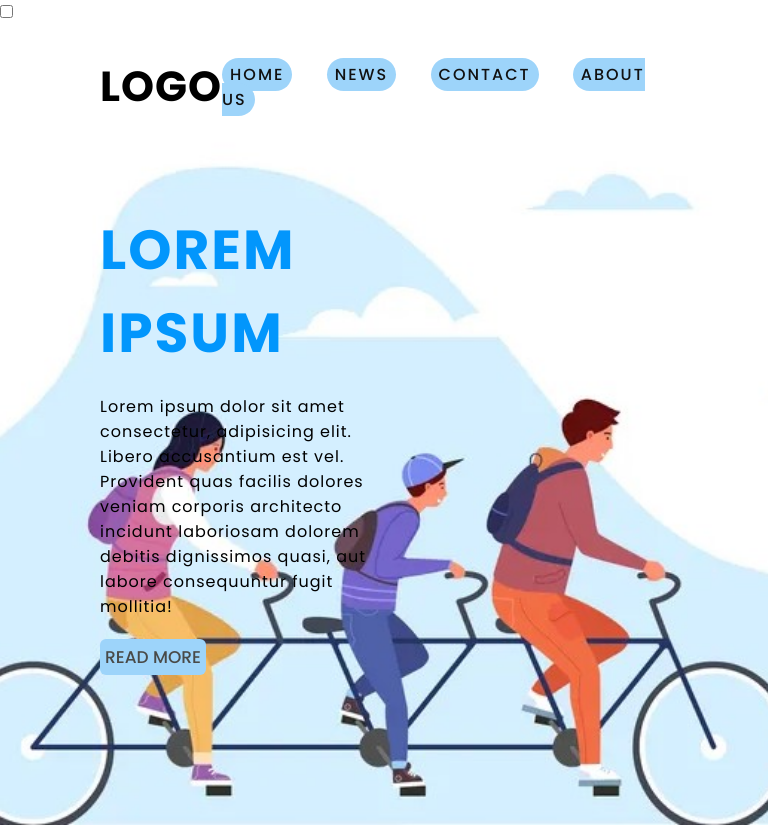
Repository: nganha241/1806
Page: index.html
The author's editor kept a copy of each file at every save. The page is drawn from the files as they stood at one save, then again after the next save.
The browser window is 768 px wide. The pictures show the whole page.
Some web libraries are served in a nearby version.

Above is the page before, as saved 2022-06-18 16:18:31.

### index.html
<!DOCTYPE html>
<html lang="en">
  <head>
    <meta charset="UTF-8" />
    <meta http-equiv="X-UA-Compatible" content="IE=edge" />
    <meta name="viewport" content="width=device-width, initial-scale=1.0" />
    <title>Document</title>
    <link rel="stylesheet" href="style.css" />
    <script
      src="https://kit.fontawesome.com/ae971d7ee0.js"
      crossorigin="anonymous"
    ></script>
  </head>
  <body>
    <input type="checkbox" id="check" />
    <section>
      <header>
        <div class="logo">
          <h2>Logo</h2>
        </div>

        <div class="navigation">
          <a href="#">Home</a>
          <a href="#">News</a>
          <a href="#">Contact</a>
          <a href="#">About us</a>
        </div>
        <label for="check">
          <i class="fas fa-bars menu-btn"></i>
          <i class="fa fa-times close-btn"></i>
        </label>
      </header>
      <div class="content">
        <h1 class="title">LOREM IPSUM</h1>
        <p class="text">
          Lorem ipsum dolor sit amet consectetur, adipisicing elit. Libero
          accusantium est vel. Provident quas facilis dolores veniam corporis
          architecto incidunt laboriosam dolorem debitis dignissimos quasi, aut
          labore consequuntur fugit mollitia!
        </p>
        <button class="btn-more">READ MORE</button>
      </div>
    </section>
  </body>
</html>

### style.css
@import url('https://fonts.googleapis.com/css2?family=Poppins:wght@300;400;500;600;700;800;900&display=swap');

* {
    box-sizing: border-box;
    padding: 0;
    margin: 0;
    font-family: 'Poppins', sans-serif;
}

a {
    text-decoration: none;
}

section {
    width: 100%;
    min-height: 100vh;
    display: flex;
    flex-direction: column;
    justify-content: flex-start;
    background: url('./bg.jpg');
    background-size: cover;
    background-position: center;
}

section header {
    position: relative;
    top: 0;
    width: 100%;
    padding: 30px 100px;
    display: flex;
    justify-content: space-between;
    align-items: center;
}

.logo {
    position: relative;
    font-size: 28px;
    letter-spacing: 1px;
    cursor: pointer;
    text-transform: uppercase;
}

.navigation a{
   letter-spacing: 2px;
   background: none;
   padding: 5px 8px;
   text-transform: uppercase;
   font-weight: 500;
   border-radius: 20px;
   color: #111;
   transition: 0.4s;
    transition-property: background;
}

.navigation a:not(:last-child) {
    margin-right: 30px;
}

.navigation a:hover {
    color: #fff;
    background: rgb(102, 167, 252);
    transition: 0.4s;
}

.content {
    margin: 60px 100px;
    width: 40%;
}

.title {
    margin-bottom: 20px;
    text-transform: uppercase;
    font-weight: 700;
    font-size: 55px;
    color: #0296FC;
    letter-spacing: 2px;
}

.text {
    margin-bottom: 20px;
    letter-spacing: 1px;
}

.btn-more {
    background: #9DD4FA;
    border: none;
    border-radius: 6px;
    padding: 5px;
    font-size: 17px;
    cursor: pointer;
    font-weight: 500;
    color: rgb(73, 74, 72);
    transition: 0.4s;
    transition-property: transform;
}

.btn-more:hover {
    transform: scale(1.1);
}

label {
    display: none;
}



#check {

}



@media (max-width: 960px) {
    #check:checked ~ header .navigation {
        z-index: 2;
        position: fixed;
        top: 0;
        bottom: 0;
        left: 0;
        right: 0;
        display: flex;
        flex-direction: column;
        background: rgba(144, 233, 234, 0.9);
    }
    header .navigation {
        /* display: none; */
    }

    header .navigation a {
        background: #9DD4FA;
    }
}

After the next save:
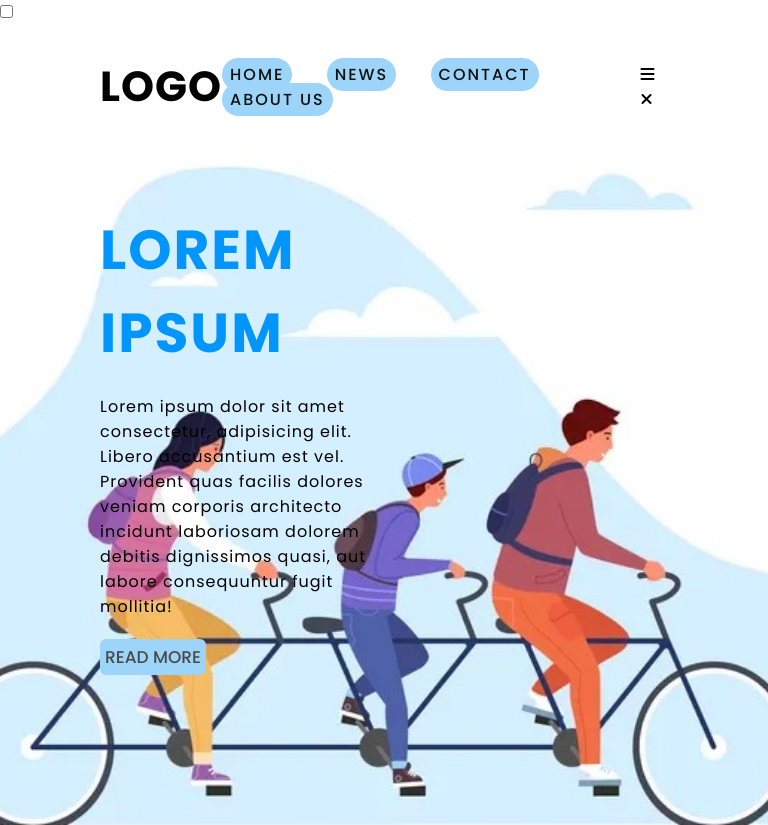
Saved 19 s later.
--- a/style.css
+++ b/style.css
@@ -99,7 +99,7 @@
 }
 
 label {
-    display: none;
+    /* display: none; */
 }
 
 
@@ -111,6 +111,9 @@
 
 
 @media (max-width: 960px) {
+    label .btn-close {
+        display: none;
+    }
     #check:checked ~ header .navigation {
         z-index: 2;
         position: fixed;

After the save that followed:
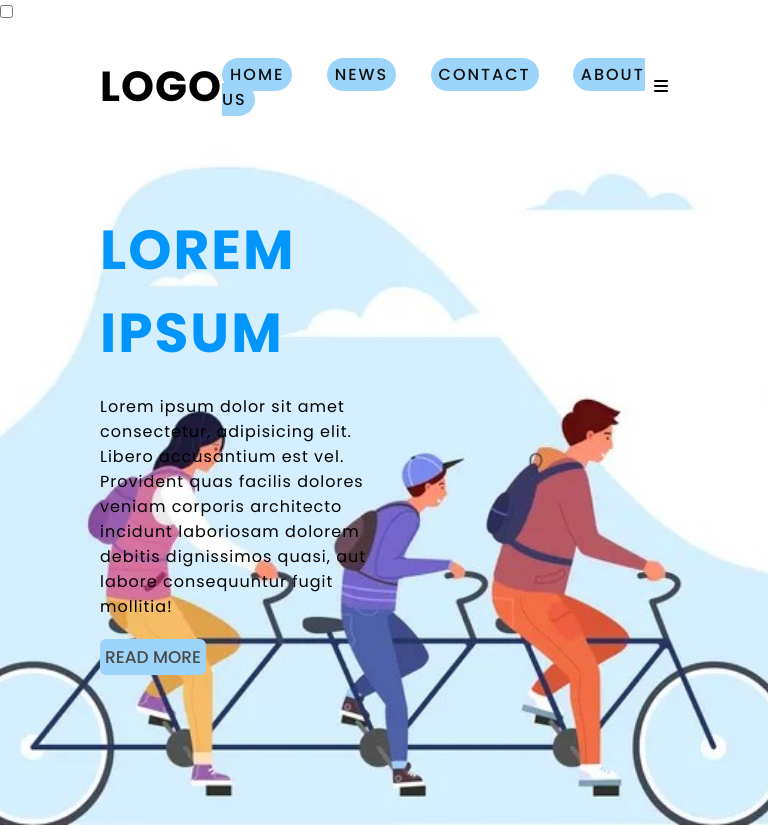
Saved 24 s later.
--- a/style.css
+++ b/style.css
@@ -111,7 +111,7 @@
 
 
 @media (max-width: 960px) {
-    label .btn-close {
+    label .close-btn {
         display: none;
     }
     #check:checked ~ header .navigation {
